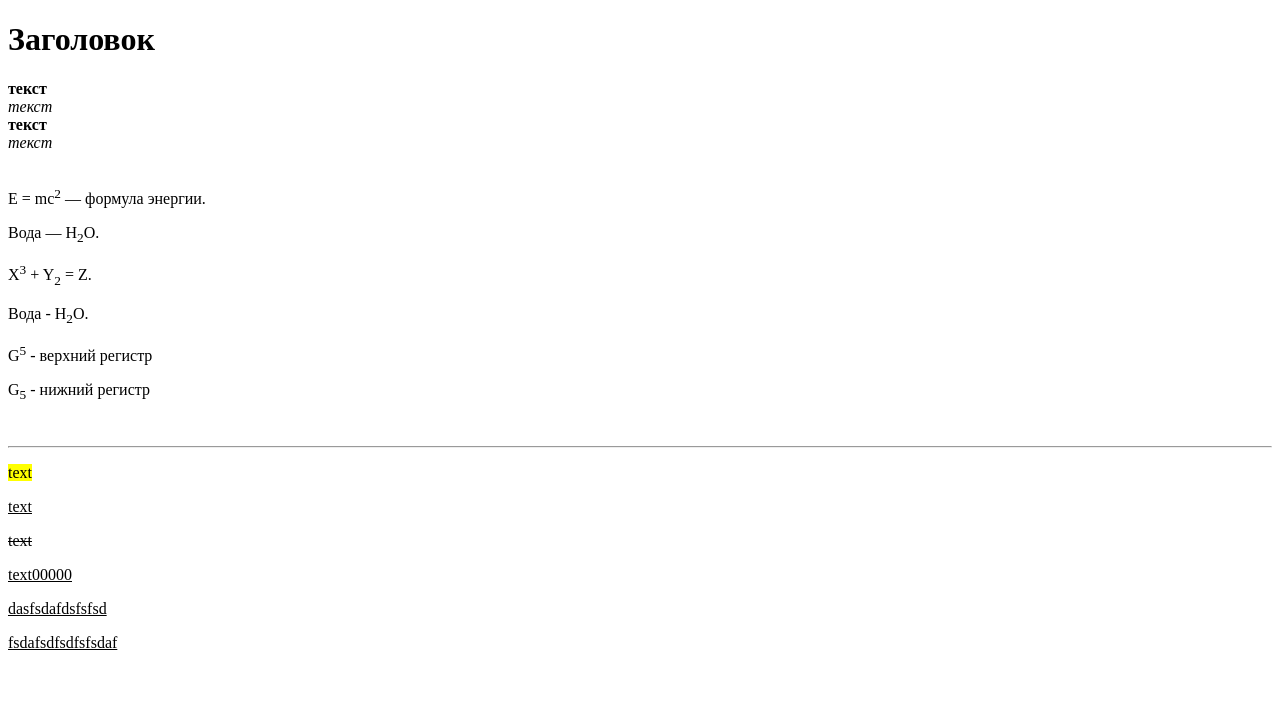
Repository: sannikovcode/exercises-a1
Page: JS/test1/task4/index.html
The author's editor kept a copy of each file at every save. The page is drawn from the files as they stood at one save, then again after the next save.
The browser window is 1280 px wide. The pictures show the whole page.

Above is the page before, as saved 2025-10-16 15:23:19.

### JS/test1/task4/index.html
<!DOCTYPE html>
<html lang="en">

<head>
    <meta charset="UTF-8">
    <meta name="viewport" content="width=device-width, initial-scale=1.0">
    <title>88</title>
</head>

<body>
    <h1>Заголовок</h1>
    <div><strong>текст</strong></div>
    <div><em>текст</em></div>
    <div><b>текст</b></div>
    <div><i>текст</i></div>

    <br>
    <p>E = mc<sup>2</sup> — формула энергии.</p>
    <p>Вода — H<sub>2</sub>O.</p>
    <p>X<sup>3</sup> + Y<sub>2</sub> = Z.</p>
    <p>Вода - H<sub>2</sub>O.</p>

    <p>G<sup>5</sup> - верхний регистр</p>
    <p>G<sub>5</sub> - нижний регистр</p>



    <br>

    <hr>

    <p><mark>text</mark></p>
    <p><ins>text</ins></p>
    <p><del>text</del></p>




    <p><ins>text00000</ins></p>


    <p><ins>dasfsdafdsfsfsd</ins></p>



    <p><ins>fsdafsdfsdfsfsdaf</ins></p>





















</body>

</html>

After the next save:
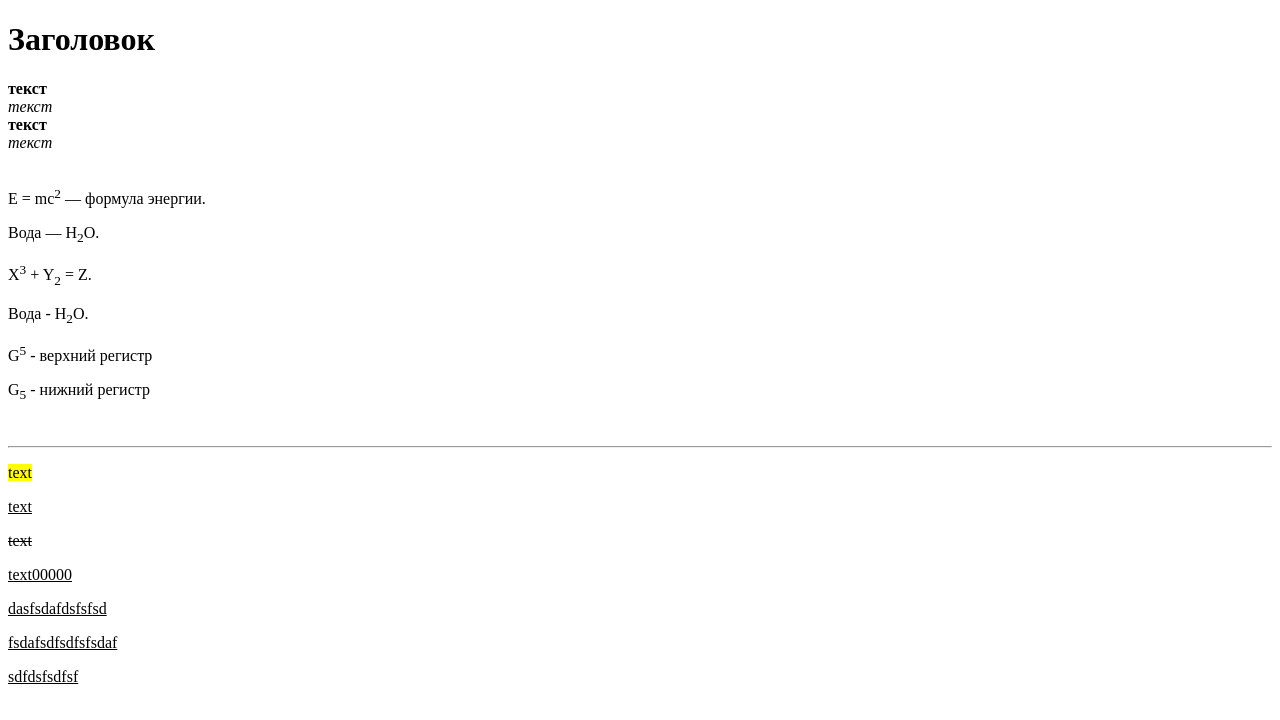
Saved 10 s later.
--- a/JS/test1/task4/index.html
+++ b/JS/test1/task4/index.html
@@ -46,6 +46,9 @@
     <p><ins>fsdafsdfsdfsfsdaf</ins></p>
 
 
+    <p><ins>sdfdsfsdfsf</ins></p>
+
+
 
 
 
